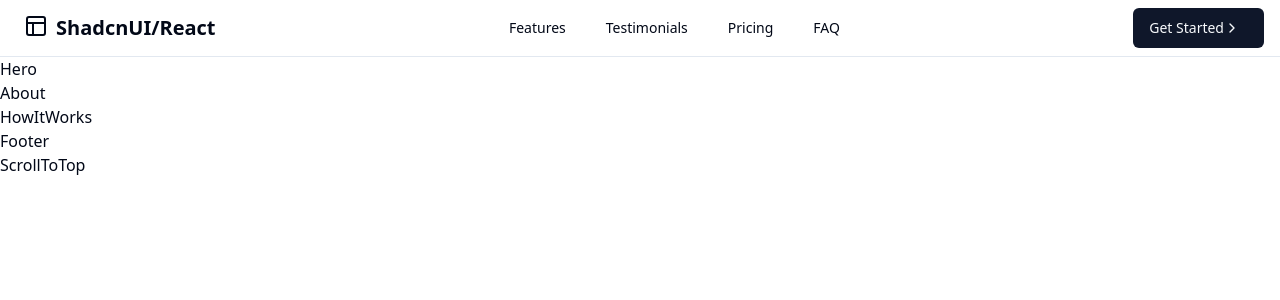
Repository: DevLaukey/savannah-informatics-test
Page: /
The author's editor kept a copy of each file at every save. The page is drawn from the files as they stood at one save, then again after the next save.
The browser window is 1280 px wide. The pictures show the whole page.
The project was rebuilt for these pictures with package versions that can differ from the ones it lists, and the page was loaded fresh each time. The framework's server and built-in components were replaced by stand-ins that run in the browser. Also part of the build but not shown: next.config.mjs, lib/theme-provider.js.

Above is the page before, as saved 2024-06-04 21:36:27.

### app/layout.jsx
import "./globals.css";
import { Inter as FontSans } from "next/font/google";

import { cn } from "@/lib/utils";

const fontSans = FontSans({
  subsets: ["latin"],
  variable: "--font-sans",
});

export default function RootLayout({ children }) {
  return (
    <html lang="en" suppressHydrationWarning>
      <head />
      <body
        className={cn(
          "min-h-screen bg-background font-sans antialiased",
          fontSans.variable
        )}
      >
        {children}{" "}
      </body>
    </html>
  );
}

### app/page.jsx
import Footer from "@/components/Footer";
import About from "@/components/landing-page/About";
import Hero from "@/components/landing-page/Hero";
import HowItWorks from "@/components/landing-page/HowItWorks";
import Navbar from "@/components/Navbar";
import ScrollToTop from "@/components/ScrollToTop";


// this is the landing page
export default function Home() {
  return (
    <>
      <Navbar />
      <Hero />
      <About />
      <HowItWorks />
      <Footer />
      <ScrollToTop />
    </>
  );
}

### components/landing-page/HowItWorks.jsx
import React from 'react'

function HowItWorks() {
  return (
    <div>HowItWorks</div>
  )
}

export default HowItWorks

### components/Navbar.jsx
"use client"
import React, { useState } from "react";
import {
  NavigationMenu,
  NavigationMenuItem,
  NavigationMenuList,
} from "@/components/ui/navigation-menu";
import {
  Sheet,
  SheetContent,
  SheetHeader,
  SheetTitle,
  SheetTrigger,
} from "@/components/ui/sheet";
import { Button, buttonVariants } from "./ui/button";
import { ChevronRight, Menu } from "lucide-react";
import ModeToggle  from "./mode-toggle";
import { LogoIcon } from "./Icons";


const routeList = [
  {
    href: "#features",
    label: "Features",
  },
  {
    href: "#testimonials",
    label: "Testimonials",
  },
  {
    href: "#pricing",
    label: "Pricing",
  },
  {
    href: "#faq",
    label: "FAQ",
  },
];

const Navbar = () => {
  const [isOpen, setIsOpen] = useState(false);
  return (
    <header className="sticky border-b-[1px] top-0 z-40 w-full bg-white dark:border-b-slate-700 dark:bg-background">
      <NavigationMenu className="mx-auto">
        <NavigationMenuList className="container h-14 px-4 w-screen flex justify-between">
          <NavigationMenuItem className="font-bold flex">
            <a
              rel="noreferrer noopener"
              href="/"
              className="ml-2 font-bold text-xl flex"
            >
              <LogoIcon />
              ShadcnUI/React
            </a>
          </NavigationMenuItem>

          {/* mobile */}
          <span className="flex md:hidden">
            <ModeToggle />

            <Sheet open={isOpen} onOpenChange={setIsOpen}>
              <SheetTrigger className="px-2">
                <Menu
                  className="flex md:hidden h-5 w-5"
                  onClick={() => setIsOpen(true)}
                >
                  <span className="sr-only">Menu Icon</span>
                </Menu>
              </SheetTrigger>

              <SheetContent side={"left"}>
                <SheetHeader>
                  <SheetTitle className="font-bold text-xl">
                    Shadcn/React
                  </SheetTitle>
                </SheetHeader>
                <nav className="flex flex-col justify-center items-center gap-2 mt-4">
                  {routeList.map(({ href, label }) => (
                    <a
                      rel="noreferrer noopener"
                      key={label}
                      href={href}
                      onClick={() => setIsOpen(false)}
                      className={buttonVariants({ variant: "ghost" })}
                    >
                      {label}
                    </a>
                  ))}
                  <Button>
                    Get Started
                    <ChevronRight className="mr-2 h-4 w-4" />
                  </Button>
                </nav>
              </SheetContent>
            </Sheet>
          </span>

          {/* desktop */}
          <nav className="hidden md:flex gap-2">
            {routeList.map((route, i) => (
              <a
                rel="noreferrer noopener"
                href={route.href}
                key={i}
                className={`text-[17px] ${buttonVariants({
                  variant: "ghost",
                })}`}
              >
                {route.label}
              </a>
            ))}
          </nav>

          <Button>
            Get Started
            <ChevronRight className="mr-2 h-4 w-4" />
          </Button>
        </NavigationMenuList>
      </NavigationMenu>
    </header>
  );
};
export default Navbar;

### components/ScrollToTop.jsx
import React from 'react'

function ScrollToTop() {
  return (
    <div>ScrollToTop</div>
  )
}

export default ScrollToTop

### components/ui/navigation-menu.jsx
import * as React from "react"
import * as NavigationMenuPrimitive from "@radix-ui/react-navigation-menu"
import { cva } from "class-variance-authority"
import { ChevronDown } from "lucide-react"

import { cn } from "@/lib/utils"

const NavigationMenu = React.forwardRef(({ className, children, ...props }, ref) => (
  <NavigationMenuPrimitive.Root
    ref={ref}
    className={cn(
      "relative z-10 flex max-w-max flex-1 items-center justify-center",
      className
    )}
    {...props}>
    {children}
    <NavigationMenuViewport />
  </NavigationMenuPrimitive.Root>
))
NavigationMenu.displayName = NavigationMenuPrimitive.Root.displayName

const NavigationMenuList = React.forwardRef(({ className, ...props }, ref) => (
  <NavigationMenuPrimitive.List
    ref={ref}
    className={cn(
      "group flex flex-1 list-none items-center justify-center space-x-1",
      className
    )}
    {...props} />
))
NavigationMenuList.displayName = NavigationMenuPrimitive.List.displayName

const NavigationMenuItem = NavigationMenuPrimitive.Item

const navigationMenuTriggerStyle = cva(
  "group inline-flex h-10 w-max items-center justify-center rounded-md bg-background px-4 py-2 text-sm font-medium transition-colors hover:bg-accent hover:text-accent-foreground focus:bg-accent focus:text-accent-foreground focus:outline-none disabled:pointer-events-none disabled:opacity-50 data-[active]:bg-accent/50 data-[state=open]:bg-accent/50"
)

const NavigationMenuTrigger = React.forwardRef(({ className, children, ...props }, ref) => (
  <NavigationMenuPrimitive.Trigger
    ref={ref}
    className={cn(navigationMenuTriggerStyle(), "group", className)}
    {...props}>
    {children}{" "}
    <ChevronDown
      className="relative top-[1px] ml-1 h-3 w-3 transition duration-200 group-data-[state=open]:rotate-180"
      aria-hidden="true" />
  </NavigationMenuPrimitive.Trigger>
))
NavigationMenuTrigger.displayName = NavigationMenuPrimitive.Trigger.displayName

const NavigationMenuContent = React.forwardRef(({ className, ...props }, ref) => (
  <NavigationMenuPrimitive.Content
    ref={ref}
    className={cn(
      "left-0 top-0 w-full data-[motion^=from-]:animate-in data-[motion^=to-]:animate-out data-[motion^=from-]:fade-in data-[motion^=to-]:fade-out data-[motion=from-end]:slide-in-from-right-52 data-[motion=from-start]:slide-in-from-left-52 data-[motion=to-end]:slide-out-to-right-52 data-[motion=to-start]:slide-out-to-left-52 md:absolute md:w-auto ",
      className
    )}
    {...props} />
))
NavigationMenuContent.displayName = NavigationMenuPrimitive.Content.displayName

const NavigationMenuLink = NavigationMenuPrimitive.Link

const NavigationMenuViewport = React.forwardRef(({ className, ...props }, ref) => (
  <div className={cn("absolute left-0 top-full flex justify-center")}>
    <NavigationMenuPrimitive.Viewport
      className={cn(
        "origin-top-center relative mt-1.5 h-[var(--radix-navigation-menu-viewport-height)] w-full overflow-hidden rounded-md border bg-popover text-popover-foreground shadow-lg data-[state=open]:animate-in data-[state=closed]:animate-out data-[state=closed]:zoom-out-95 data-[state=open]:zoom-in-90 md:w-[var(--radix-navigation-menu-viewport-width)]",
        className
      )}
      ref={ref}
      {...props} />
  </div>
))
NavigationMenuViewport.displayName =
  NavigationMenuPrimitive.Viewport.displayName

const NavigationMenuIndicator = React.forwardRef(({ className, ...props }, ref) => (
  <NavigationMenuPrimitive.Indicator
    ref={ref}
    className={cn(
      "top-full z-[1] flex h-1.5 items-end justify-center overflow-hidden data-[state=visible]:animate-in data-[state=hidden]:animate-out data-[state=hidden]:fade-out data-[state=visible]:fade-in",
      className
    )}
    {...props}>
    <div
      className="relative top-[60%] h-2 w-2 rotate-45 rounded-tl-sm bg-border shadow-md" />
  </NavigationMenuPrimitive.Indicator>
))
NavigationMenuIndicator.displayName =
  NavigationMenuPrimitive.Indicator.displayName

export {
  navigationMenuTriggerStyle,
  NavigationMenu,
  NavigationMenuList,
  NavigationMenuItem,
  NavigationMenuContent,
  NavigationMenuTrigger,
  NavigationMenuLink,
  NavigationMenuIndicator,
  NavigationMenuViewport,
}

### components/ui/sheet.jsx
"use client";
import * as React from "react"
import * as SheetPrimitive from "@radix-ui/react-dialog"
import { cva } from "class-variance-authority";
import { X } from "lucide-react"

import { cn } from "@/lib/utils"

const Sheet = SheetPrimitive.Root

const SheetTrigger = SheetPrimitive.Trigger

const SheetClose = SheetPrimitive.Close

const SheetPortal = SheetPrimitive.Portal

const SheetOverlay = React.forwardRef(({ className, ...props }, ref) => (
  <SheetPrimitive.Overlay
    className={cn(
      "fixed inset-0 z-50 bg-black/80  data-[state=open]:animate-in data-[state=closed]:animate-out data-[state=closed]:fade-out-0 data-[state=open]:fade-in-0",
      className
    )}
    {...props}
    ref={ref} />
))
SheetOverlay.displayName = SheetPrimitive.Overlay.displayName

const sheetVariants = cva(
  "fixed z-50 gap-4 bg-background p-6 shadow-lg transition ease-in-out data-[state=open]:animate-in data-[state=closed]:animate-out data-[state=closed]:duration-300 data-[state=open]:duration-500",
  {
    variants: {
      side: {
        top: "inset-x-0 top-0 border-b data-[state=closed]:slide-out-to-top data-[state=open]:slide-in-from-top",
        bottom:
          "inset-x-0 bottom-0 border-t data-[state=closed]:slide-out-to-bottom data-[state=open]:slide-in-from-bottom",
        left: "inset-y-0 left-0 h-full w-3/4 border-r data-[state=closed]:slide-out-to-left data-[state=open]:slide-in-from-left sm:max-w-sm",
        right:
          "inset-y-0 right-0 h-full w-3/4  border-l data-[state=closed]:slide-out-to-right data-[state=open]:slide-in-from-right sm:max-w-sm",
      },
    },
    defaultVariants: {
      side: "right",
    },
  }
)

const SheetContent = React.forwardRef(({ side = "right", className, children, ...props }, ref) => (
  <SheetPortal>
    <SheetOverlay />
    <SheetPrimitive.Content ref={ref} className={cn(sheetVariants({ side }), className)} {...props}>
      {children}
      <SheetPrimitive.Close
        className="absolute right-4 top-4 rounded-sm opacity-70 ring-offset-background transition-opacity hover:opacity-100 focus:outline-none focus:ring-2 focus:ring-ring focus:ring-offset-2 disabled:pointer-events-none data-[state=open]:bg-secondary">
        <X className="h-4 w-4" />
        <span className="sr-only">Close</span>
      </SheetPrimitive.Close>
    </SheetPrimitive.Content>
  </SheetPortal>
))
SheetContent.displayName = SheetPrimitive.Content.displayName

const SheetHeader = ({
  className,
  ...props
}) => (
  <div
    className={cn("flex flex-col space-y-2 text-center sm:text-left", className)}
    {...props} />
)
SheetHeader.displayName = "SheetHeader"

const SheetFooter = ({
  className,
  ...props
}) => (
  <div
    className={cn("flex flex-col-reverse sm:flex-row sm:justify-end sm:space-x-2", className)}
    {...props} />
)
SheetFooter.displayName = "SheetFooter"

const SheetTitle = React.forwardRef(({ className, ...props }, ref) => (
  <SheetPrimitive.Title
    ref={ref}
    className={cn("text-lg font-semibold text-foreground", className)}
    {...props} />
))
SheetTitle.displayName = SheetPrimitive.Title.displayName

const SheetDescription = React.forwardRef(({ className, ...props }, ref) => (
  <SheetPrimitive.Description
    ref={ref}
    className={cn("text-sm text-muted-foreground", className)}
    {...props} />
))
SheetDescription.displayName = SheetPrimitive.Description.displayName

export {
  Sheet,
  SheetPortal,
  SheetOverlay,
  SheetTrigger,
  SheetClose,
  SheetContent,
  SheetHeader,
  SheetFooter,
  SheetTitle,
  SheetDescription,
}

### components/ui/button.jsx
import * as React from "react"
import { Slot } from "@radix-ui/react-slot"
import { cva } from "class-variance-authority";

import { cn } from "@/lib/utils"

const buttonVariants = cva(
  "inline-flex items-center justify-center whitespace-nowrap rounded-md text-sm font-medium ring-offset-background transition-colors focus-visible:outline-none focus-visible:ring-2 focus-visible:ring-ring focus-visible:ring-offset-2 disabled:pointer-events-none disabled:opacity-50",
  {
    variants: {
      variant: {
        default: "bg-primary text-primary-foreground hover:bg-primary/90",
        destructive:
          "bg-destructive text-destructive-foreground hover:bg-destructive/90",
        outline:
          "border border-input bg-background hover:bg-accent hover:text-accent-foreground",
        secondary:
          "bg-secondary text-secondary-foreground hover:bg-secondary/80",
        ghost: "hover:bg-accent hover:text-accent-foreground",
        link: "text-primary underline-offset-4 hover:underline",
      },
      size: {
        default: "h-10 px-4 py-2",
        sm: "h-9 rounded-md px-3",
        lg: "h-11 rounded-md px-8",
        icon: "h-10 w-10",
      },
    },
    defaultVariants: {
      variant: "default",
      size: "default",
    },
  }
)

const Button = React.forwardRef(({ className, variant, size, asChild = false, ...props }, ref) => {
  const Comp = asChild ? Slot : "button"
  return (
    (<Comp
      className={cn(buttonVariants({ variant, size, className }))}
      ref={ref}
      {...props} />)
  );
})
Button.displayName = "Button"

export { Button, buttonVariants }

### components/mode-toggle.jsx
import React from "react";
import { Button } from "@/components/ui/button";
import {
  DropdownMenu,
  DropdownMenuContent,
  DropdownMenuItem,
  DropdownMenuTrigger,
} from "@/components/ui/dropdown-menu";
import { useTheme } from "@/lib/theme-provider";
import { Moon, Sun } from "lucide-react";

export default function ModeToggle() {
  const { setTheme } = useTheme();

  return (
    <DropdownMenu>
      <DropdownMenuTrigger asChild>
        <Button variant="ghost" size="icon" className="ghost">
          <Sun className="h-[1.1rem] w-[1.2rem] rotate-0 scale-100 transition-all dark:-rotate-90 dark:scale-0" />
          <Moon className="absolute h-[1.1rem] w-[1.2rem] rotate-90 scale-0 transition-all dark:rotate-0 dark:scale-100" />
          <span className="sr-only">Toggle theme</span>
        </Button>
      </DropdownMenuTrigger>
      <DropdownMenuContent align="end">
        <DropdownMenuItem onClick={() => setTheme("light")}>
          Light
        </DropdownMenuItem>
        <DropdownMenuItem onClick={() => setTheme("dark")}>
          Dark
        </DropdownMenuItem>
        <DropdownMenuItem onClick={() => setTheme("system")}>
          System
        </DropdownMenuItem>
      </DropdownMenuContent>
    </DropdownMenu>
  );
}

### components/Icons.jsx
export const LogoIcon = () => {
  return (
    <svg
      xmlns="http://www.w3.org/2000/svg"
      viewBox="0 0 24 24"
      fill="none"
      stroke="currentColor"
      strokeWidth="2"
      strokeLinecap="round"
      strokeLinejoin="round"
      className="lucide lucide-panels-top-left mr-2 w-6 h-6"
    >
      <rect width="18" height="18" x="3" y="3" rx="2" />
      <path d="M3 9h18" />
      <path d="M9 21V9" />
    </svg>
  );
};

### components/ui/dropdown-menu.jsx
"use client"

import * as React from "react"
import * as DropdownMenuPrimitive from "@radix-ui/react-dropdown-menu"
import { Check, ChevronRight, Circle } from "lucide-react"

import { cn } from "@/lib/utils"

const DropdownMenu = DropdownMenuPrimitive.Root

const DropdownMenuTrigger = DropdownMenuPrimitive.Trigger

const DropdownMenuGroup = DropdownMenuPrimitive.Group

const DropdownMenuPortal = DropdownMenuPrimitive.Portal

const DropdownMenuSub = DropdownMenuPrimitive.Sub

const DropdownMenuRadioGroup = DropdownMenuPrimitive.RadioGroup

const DropdownMenuSubTrigger = React.forwardRef(({ className, inset, children, ...props }, ref) => (
  <DropdownMenuPrimitive.SubTrigger
    ref={ref}
    className={cn(
      "flex cursor-default select-none items-center rounded-sm px-2 py-1.5 text-sm outline-none focus:bg-accent data-[state=open]:bg-accent",
      inset && "pl-8",
      className
    )}
    {...props}>
    {children}
    <ChevronRight className="ml-auto h-4 w-4" />
  </DropdownMenuPrimitive.SubTrigger>
))
DropdownMenuSubTrigger.displayName =
  DropdownMenuPrimitive.SubTrigger.displayName

const DropdownMenuSubContent = React.forwardRef(({ className, ...props }, ref) => (
  <DropdownMenuPrimitive.SubContent
    ref={ref}
    className={cn(
      "z-50 min-w-[8rem] overflow-hidden rounded-md border bg-popover p-1 text-popover-foreground shadow-lg data-[state=open]:animate-in data-[state=closed]:animate-out data-[state=closed]:fade-out-0 data-[state=open]:fade-in-0 data-[state=closed]:zoom-out-95 data-[state=open]:zoom-in-95 data-[side=bottom]:slide-in-from-top-2 data-[side=left]:slide-in-from-right-2 data-[side=right]:slide-in-from-left-2 data-[side=top]:slide-in-from-bottom-2",
      className
    )}
    {...props} />
))
DropdownMenuSubContent.displayName =
  DropdownMenuPrimitive.SubContent.displayName

const DropdownMenuContent = React.forwardRef(({ className, sideOffset = 4, ...props }, ref) => (
  <DropdownMenuPrimitive.Portal>
    <DropdownMenuPrimitive.Content
      ref={ref}
      sideOffset={sideOffset}
      className={cn(
        "z-50 min-w-[8rem] overflow-hidden rounded-md border bg-popover p-1 text-popover-foreground shadow-md data-[state=open]:animate-in data-[state=closed]:animate-out data-[state=closed]:fade-out-0 data-[state=open]:fade-in-0 data-[state=closed]:zoom-out-95 data-[state=open]:zoom-in-95 data-[side=bottom]:slide-in-from-top-2 data-[side=left]:slide-in-from-right-2 data-[side=right]:slide-in-from-left-2 data-[side=top]:slide-in-from-bottom-2",
        className
      )}
      {...props} />
  </DropdownMenuPrimitive.Portal>
))
DropdownMenuContent.displayName = DropdownMenuPrimitive.Content.displayName

const DropdownMenuItem = React.forwardRef(({ className, inset, ...props }, ref) => (
  <DropdownMenuPrimitive.Item
    ref={ref}
    className={cn(
      "relative flex cursor-default select-none items-center rounded-sm px-2 py-1.5 text-sm outline-none transition-colors focus:bg-accent focus:text-accent-foreground data-[disabled]:pointer-events-none data-[disabled]:opacity-50",
      inset && "pl-8",
      className
    )}
    {...props} />
))
DropdownMenuItem.displayName = DropdownMenuPrimitive.Item.displayName

const DropdownMenuCheckboxItem = React.forwardRef(({ className, children, checked, ...props }, ref) => (
  <DropdownMenuPrimitive.CheckboxItem
    ref={ref}
    className={cn(
      "relative flex cursor-default select-none items-center rounded-sm py-1.5 pl-8 pr-2 text-sm outline-none transition-colors focus:bg-accent focus:text-accent-foreground data-[disabled]:pointer-events-none data-[disabled]:opacity-50",
      className
    )}
    checked={checked}
    {...props}>
    <span className="absolute left-2 flex h-3.5 w-3.5 items-center justify-center">
      <DropdownMenuPrimitive.ItemIndicator>
        <Check className="h-4 w-4" />
      </DropdownMenuPrimitive.ItemIndicator>
    </span>
    {children}
  </DropdownMenuPrimitive.CheckboxItem>
))
DropdownMenuCheckboxItem.displayName =
  DropdownMenuPrimitive.CheckboxItem.displayName

const DropdownMenuRadioItem = React.forwardRef(({ className, children, ...props }, ref) => (
  <DropdownMenuPrimitive.RadioItem
    ref={ref}
    className={cn(
      "relative flex cursor-default select-none items-center rounded-sm py-1.5 pl-8 pr-2 text-sm outline-none transition-colors focus:bg-accent focus:text-accent-foreground data-[disabled]:pointer-events-none data-[disabled]:opacity-50",
      className
    )}
    {...props}>
    <span className="absolute left-2 flex h-3.5 w-3.5 items-center justify-center">
      <DropdownMenuPrimitive.ItemIndicator>
        <Circle className="h-2 w-2 fill-current" />
      </DropdownMenuPrimitive.ItemIndicator>
    </span>
    {children}
  </DropdownMenuPrimitive.RadioItem>
))
DropdownMenuRadioItem.displayName = DropdownMenuPrimitive.RadioItem.displayName

const DropdownMenuLabel = React.forwardRef(({ className, inset, ...props }, ref) => (
  <DropdownMenuPrimitive.Label
    ref={ref}
    className={cn("px-2 py-1.5 text-sm font-semibold", inset && "pl-8", className)}
    {...props} />
))
DropdownMenuLabel.displayName = DropdownMenuPrimitive.Label.displayName

const DropdownMenuSeparator = React.forwardRef(({ className, ...props }, ref) => (
  <DropdownMenuPrimitive.Separator
    ref={ref}
    className={cn("-mx-1 my-1 h-px bg-muted", className)}
    {...props} />
))
DropdownMenuSeparator.displayName = DropdownMenuPrimitive.Separator.displayName

const DropdownMenuShortcut = ({
  className,
  ...props
}) => {
  return (
    (<span
      className={cn("ml-auto text-xs tracking-widest opacity-60", className)}
      {...props} />)
  );
}
DropdownMenuShortcut.displayName = "DropdownMenuShortcut"

export {
  DropdownMenu,
  DropdownMenuTrigger,
  DropdownMenuContent,
  DropdownMenuItem,
  DropdownMenuCheckboxItem,
  DropdownMenuRadioItem,
  DropdownMenuLabel,
  DropdownMenuSeparator,
  DropdownMenuShortcut,
  DropdownMenuGroup,
  DropdownMenuPortal,
  DropdownMenuSub,
  DropdownMenuSubContent,
  DropdownMenuSubTrigger,
  DropdownMenuRadioGroup,
}

### tailwind.config.js
const { fontFamily } = require("tailwindcss/defaultTheme");

/** @type {import('tailwindcss').Config} */
module.exports = {
  darkMode: ["class"],
  content: [
    "./pages/**/*.{js,jsx}",
    "./components/**/*.{js,jsx}",
    "./app/**/*.{js,jsx}",
    "./src/**/*.{js,jsx}",
  ],
  prefix: "",
  theme: {
    container: {
      center: true,
      padding: "2rem",
      screens: {
        "2xl": "1400px",
      },
    },
    extend: {
      colors: {
        border: "hsl(var(--border))",
        input: "hsl(var(--input))",
        ring: "hsl(var(--ring))",
        background: "hsl(var(--background))",
        foreground: "hsl(var(--foreground))",
        primary: {
          DEFAULT: "hsl(var(--primary))",
          foreground: "hsl(var(--primary-foreground))",
        },
        secondary: {
          DEFAULT: "hsl(var(--secondary))",
          foreground: "hsl(var(--secondary-foreground))",
        },
        destructive: {
          DEFAULT: "hsl(var(--destructive))",
          foreground: "hsl(var(--destructive-foreground))",
        },
        muted: {
          DEFAULT: "hsl(var(--muted))",
          foreground: "hsl(var(--muted-foreground))",
        },
        accent: {
          DEFAULT: "hsl(var(--accent))",
          foreground: "hsl(var(--accent-foreground))",
        },
        fontFamily: {
          sans: ["var(--font-sans)", ...fontFamily.sans],
        },
        popover: {
          DEFAULT: "hsl(var(--popover))",
          foreground: "hsl(var(--popover-foreground))",
        },
        card: {
          DEFAULT: "hsl(var(--card))",
          foreground: "hsl(var(--card-foreground))",
        },
      },
      borderRadius: {
        lg: "var(--radius)",
        md: "calc(var(--radius) - 2px)",
        sm: "calc(var(--radius) - 4px)",
      },
      keyframes: {
        "accordion-down": {
          from: { height: "0" },
          to: { height: "var(--radix-accordion-content-height)" },
        },
        "accordion-up": {
          from: { height: "var(--radix-accordion-content-height)" },
          to: { height: "0" },
        },
      },
      animation: {
        "accordion-down": "accordion-down 0.2s ease-out",
        "accordion-up": "accordion-up 0.2s ease-out",
      },
    },
  },
  plugins: [require("tailwindcss-animate")],
};

Loaded but not shown: app/globals.css (common file); lib/utils.js (common file); components/Footer.jsx (common file); components/landing-page/About.jsx (common file); components/landing-page/Hero.jsx (common file)

After the next save:
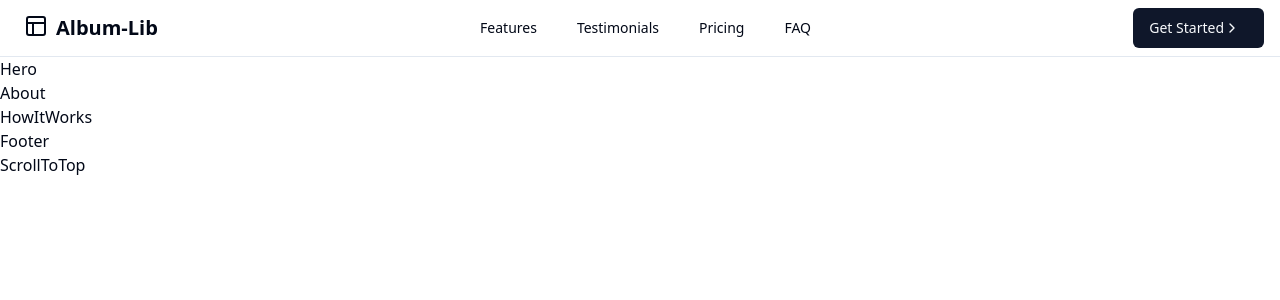
Saved 47 s later.
--- a/components/Navbar.jsx
+++ b/components/Navbar.jsx
@@ -50,7 +50,7 @@ const Navbar = () => {
               className="ml-2 font-bold text-xl flex"
             >
               <LogoIcon />
-              ShadcnUI/React
+              Album-Lib
             </a>
           </NavigationMenuItem>
 
